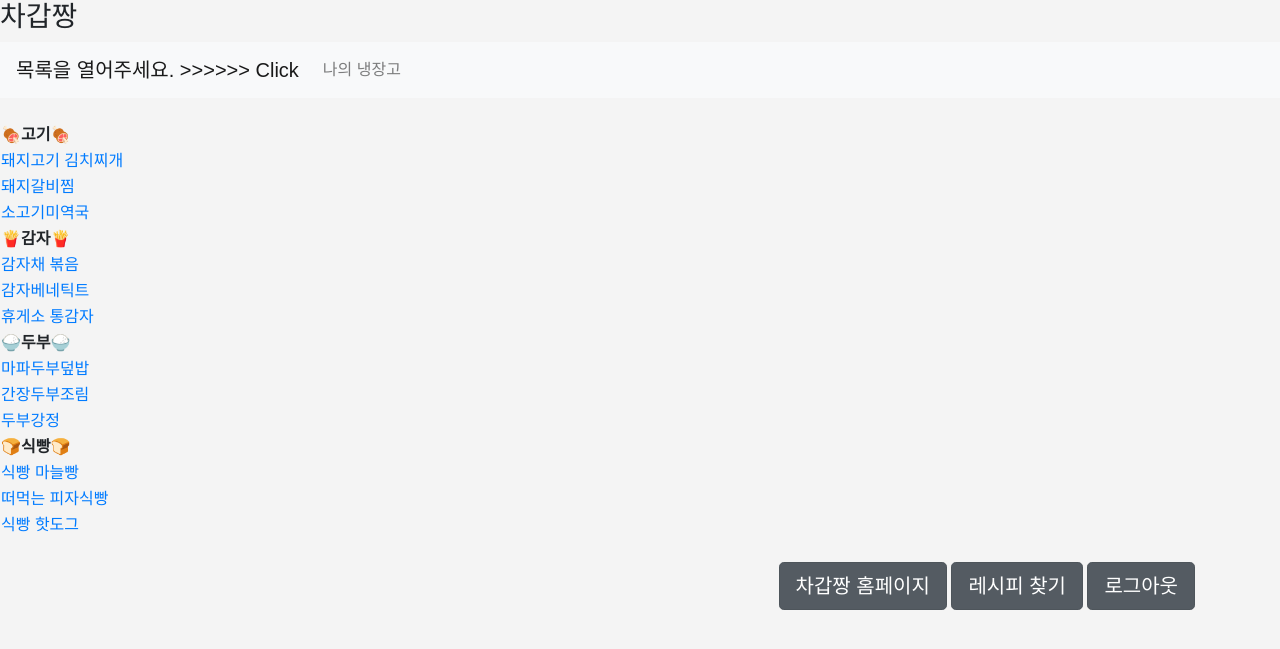
Repository: yousunning/coldzzang-miniproject
Page: http://localhost/cold/WEB-INF/views/recipe.jsp
An editor plug-in stored every save of this project. The page is shown before and after the next save, followed by the edit.
The browser window is 1280 px wide. The pictures show the whole page.
The page is served by Tomcat 9. Nobody is signed in. Other server files are loaded and not shown. The template is opened directly, without the code that normally fills it, so the values that code supplies are empty.

Above is the page before, as saved 2024-01-23 08:38:49.

### cold/src/main/webapp/WEB-INF/views/recipe.jsp
<%@ page language="java" contentType="text/html; charset=UTF-8"
    pageEncoding="UTF-8"%>
<!DOCTYPE html>

<html>
<head>
    <title>차갑짱 레시피</title>
    <meta name="viewport" content="width=device-width, initial-scale=1">
    <!-- Bootstrap CSS -->
    <link href="https://stackpath.bootstrapcdn.com/bootstrap/4.3.1/css/bootstrap.min.css" rel="stylesheet">
 <style>

        body {
            background-color: #f4f4f4;
            font-family: 'Arial', sans-serif;
        }
  </style>
</head>
<body>
    <h3>차갑짱</h3>
    <nav class="navbar navbar-expand-lg navbar-light bg-light">
        <a class="navbar-brand" href="/food/List/login">목록을 열어주세요. >>>>>> Click</a>
        <button class="navbar-toggler" type="button" data-toggle="collapse" data-target="#navbarNav" aria-controls="navbarNav" aria-expanded="false" aria-label="Toggle navigation">
            <span class="navbar-toggler-icon"></span>
        </button>
        <div class="collapse navbar-collapse" id="navbarNav">
            <ul class="navbar-nav">
                <li class="nav-item">
                    <a class="nav-link" href="/food/List/myRefrigerator">나의 냉장고</a>
                </li>
            </ul>
        </div>
    </nav>

    </div>
    <br>
   <table>
  <!-- Meat Dishes Section -->
  <tr>
    <th>🍖고기🍖</th>
  </tr>
  <tr>
    <td><a href="https://www.10000recipe.com/recipe/1785098" role="button" aria-pressed="true">돼지고기 김치찌개</a></td>
  </tr>
  <tr>
    <td><a href="https://www.10000recipe.com/recipe/6872886" role="button" aria-pressed="true">돼지갈비찜</a></td>
  </tr>
  <tr>
    <td><a href="https://www.10000recipe.com/recipe/6873683" role="button" aria-pressed="true">소고기미역국</a></td>
  </tr>

  <!-- Potato Dishes Section -->
  <tr>
    <th>🍟감자🍟</th>
  </tr>
  <tr>
    <td><a href="https://www.10000recipe.com/recipe/4007561" role="button" aria-pressed="true">감자채 볶음</a></td>
  </tr>
  <tr>
    <td><a href="https://www.10000recipe.com/recipe/6987503" role="button" aria-pressed="true">감자베네틱트</a></td>
  </tr>
  <tr>
    <td><a href="https://www.10000recipe.com/recipe/6830079" role="button" aria-pressed="true">휴게소 통감자</a></td>
  </tr>
  <tr>
  <th>🍚두부🍚</th>
  </tr>
  <tr>
  <td><a href ="https://www.10000recipe.com/recipe/6830294" role="button" aria-pressed="ture">마파두부덮밥</a></td>
  </tr>
  <tr>
  <td><a href ="https://www.10000recipe.com/recipe/6836561" role="button" aria-pressed="ture">간장두부조림</a></td>
  </tr>
  <tr>
  <td><a href ="https://www.10000recipe.com/recipe/6892065" role="button" aria-pressed="ture">두부강정</a></td>
  </tr>
    <th>🍞식빵🍞</th>
  </tr>
  <tr>
  <td><a href ="https://www.10000recipe.com/recipe/6833972" role="button" aria-pressed="ture">식빵 마늘빵</a></td>
  </tr>
  <tr>
  <td><a href ="https://www.10000recipe.com/recipe/6882613" role="button" aria-pressed="ture">떠먹는 피자식빵</a></td>
  </tr>
  <tr>
  <td><a href ="https://www.10000recipe.com/recipe/6857983" role="button" aria-pressed="ture">식빵 핫도그</a></td>
  </tr>
</table>

    <!-- 메인 컨텐츠 -->
    <div class="container mt-4" style="text-align:right;">
    <!-- 링크를 버튼처럼 스타일링 -->
    <a href="/food/List/homepage" class="btn btn-secondary btn-lg active" role="button" aria-pressed="true">차갑짱 홈페이지</a>
    <a href="/food/List/recipe" class="btn btn-secondary btn-lg active" role="button" aria-pressed="true">레시피 찾기</a>
    <a href="/food/List/login" class="btn btn-secondary btn-lg active" role="button" aria-pressed="true">로그아웃</a>
</div>
    <!-- jQuery, Popper.js, Bootstrap JS -->
    <script src="https://code.jquery.com/jquery-3.3.1.slim.min.js"></script>
    <script src="https://cdnjs.cloudflare.com/ajax/libs/popper.js/1.14.7/umd/popper.min.js"></script>
    <script src="https://stackpath.bootstrapcdn.com/bootstrap/4.3.1/js/bootstrap.min.js"></script>
</body>
</html>

After the next save:
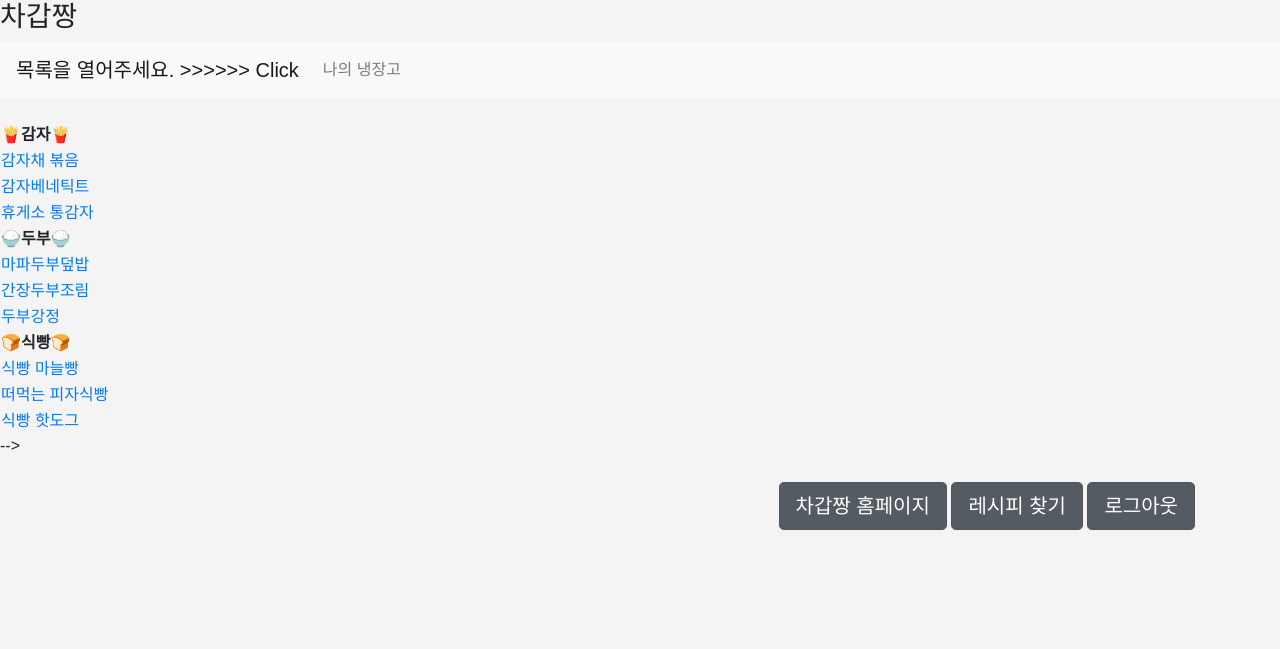
Saved 97 s later.
--- a/cold/src/main/webapp/WEB-INF/views/recipe.jsp
+++ b/cold/src/main/webapp/WEB-INF/views/recipe.jsp
@@ -35,7 +35,7 @@
     </div>
     <br>
    <table>
-  <!-- Meat Dishes Section -->
+  <!--
   <tr>
     <th>🍖고기🍖</th>
   </tr>
@@ -85,7 +85,7 @@
   <tr>
   <td><a href ="https://www.10000recipe.com/recipe/6857983" role="button" aria-pressed="ture">식빵 핫도그</a></td>
   </tr>
-</table>
+</table>-->
 
     <!-- 메인 컨텐츠 -->
     <div class="container mt-4" style="text-align:right;">
